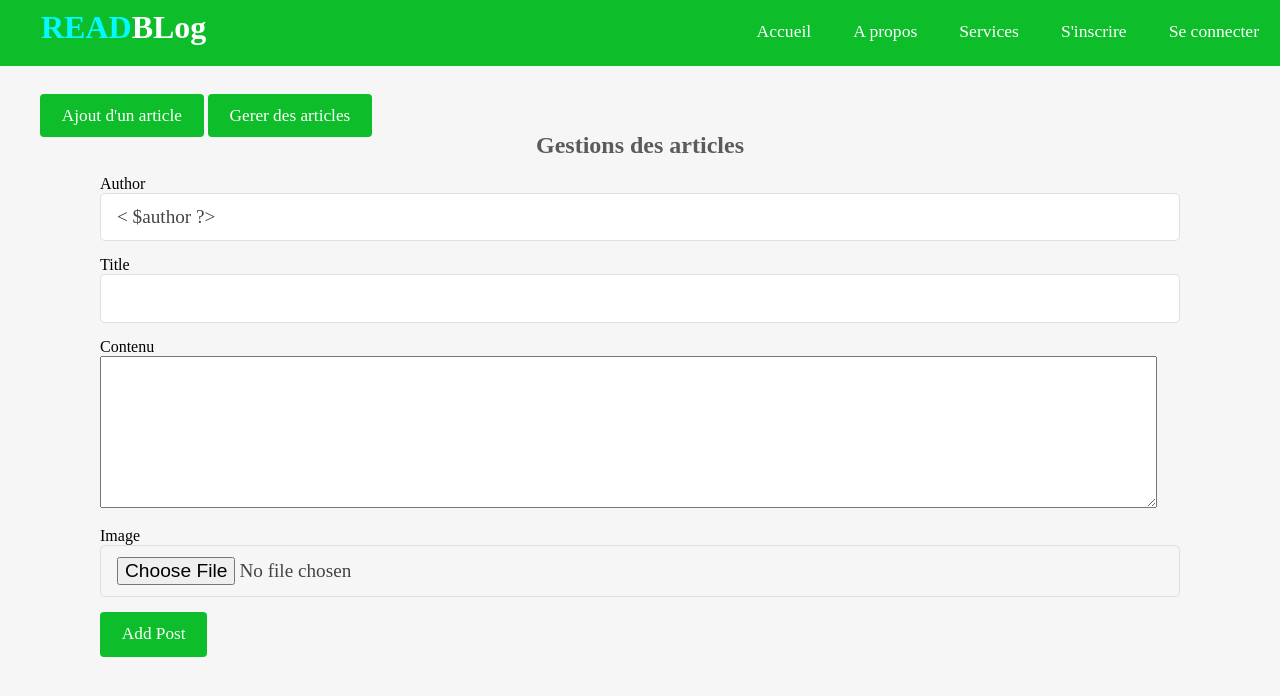
Repository: ahamie71/miniblog
Page: http://localhost/admin/create.php
An editor plug-in stored every save of this project. The page is shown before and after the next save, followed by the edit.
The browser window is 1280 px wide. The pictures show the whole page.
The page is run by PHP 8.4 with error messages shown; the project is at /var/www/html/.

Above is the page before, as saved 2023-02-28 21:10:11.

After the next save:
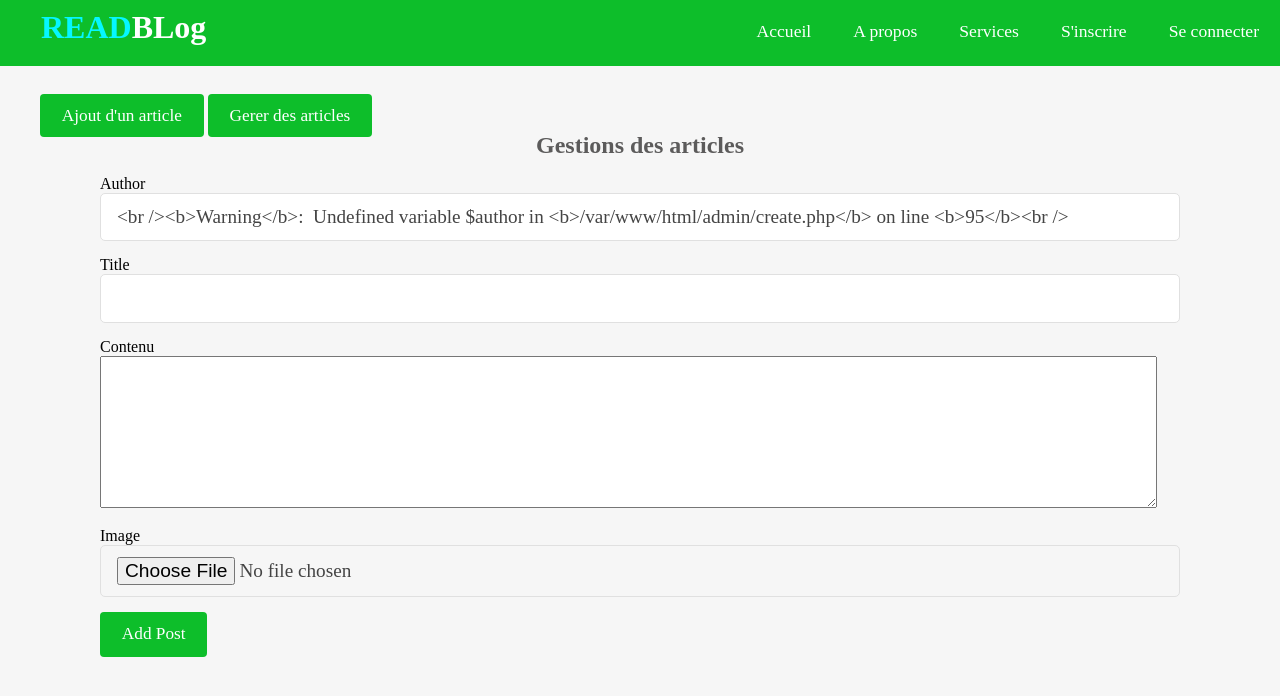
Saved 5 s later.
--- a/admin/create.php
+++ b/admin/create.php
@@ -92,7 +92,7 @@ if (isset($_POST['add-post'])) {
                 <form action="create.php" enctype="multipart/form-data" method="post">
                     <div>
                         <label>Author</label>
-                        <input type="text" name="author" value = "< $author ?> " class="text-input">
+                        <input type="text" name="author" value = "<?php echo $author ?> " class="text-input">
                     </div>
                     <div>
                         <label>Title</label>
